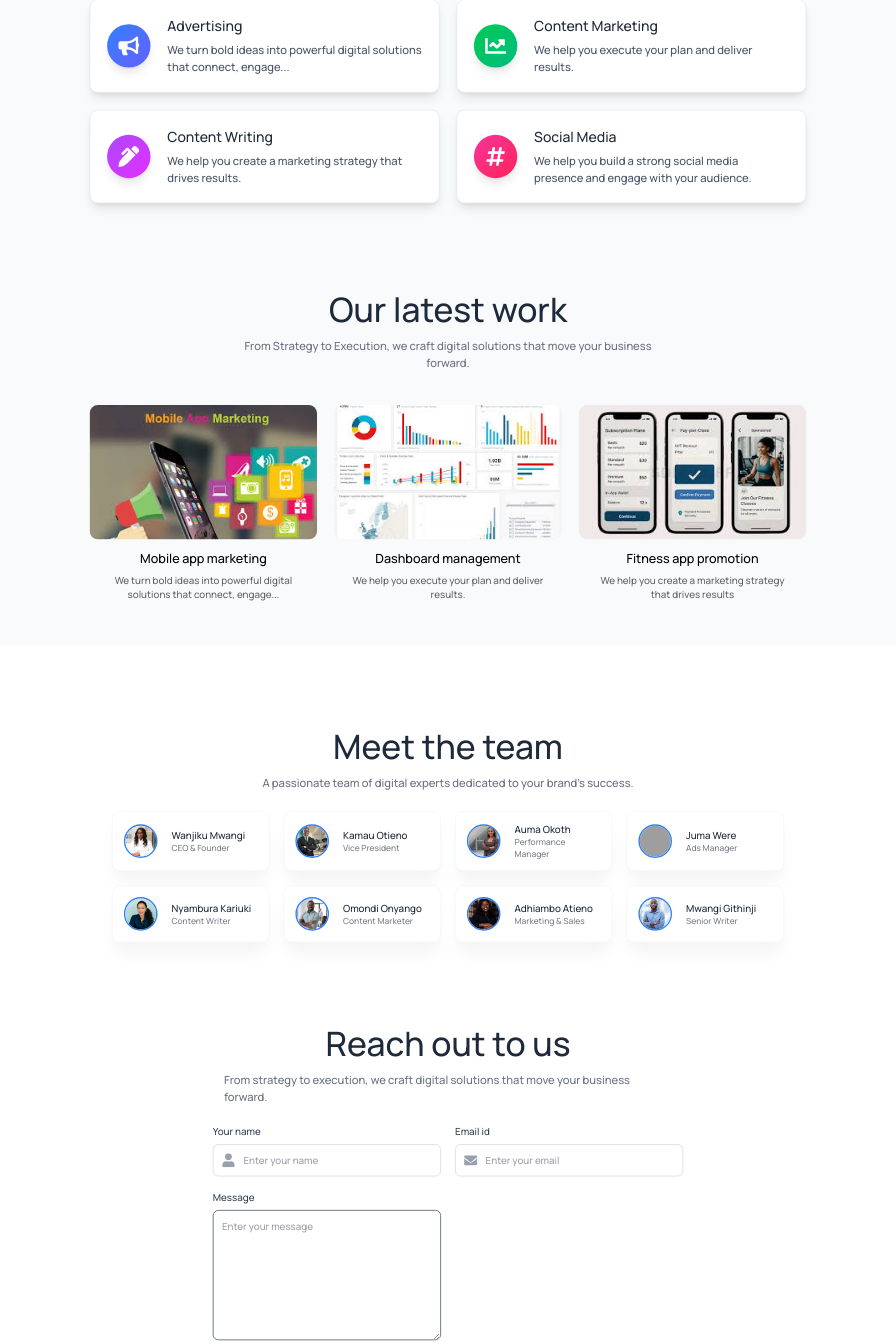
Repository: Prolenzy/magex
Page: /
An editor plug-in stored every save of this project. The page is shown before and after the next save, followed by the edit.
The browser window is 1280 px wide. The pictures show the part of the page from y = 1332 to 3252 px (the page is 3252 px tall), at 70% of full size.
Pictures or frames that could not be fetched are drawn as grey boxes. The project was rebuilt for these pictures with package versions that can differ from the ones it lists, and the page was loaded fresh each time. Also part of the build but not shown: vite.config.js.

Above is the page before, as saved 2025-08-17 03:28:07.

After the next save:
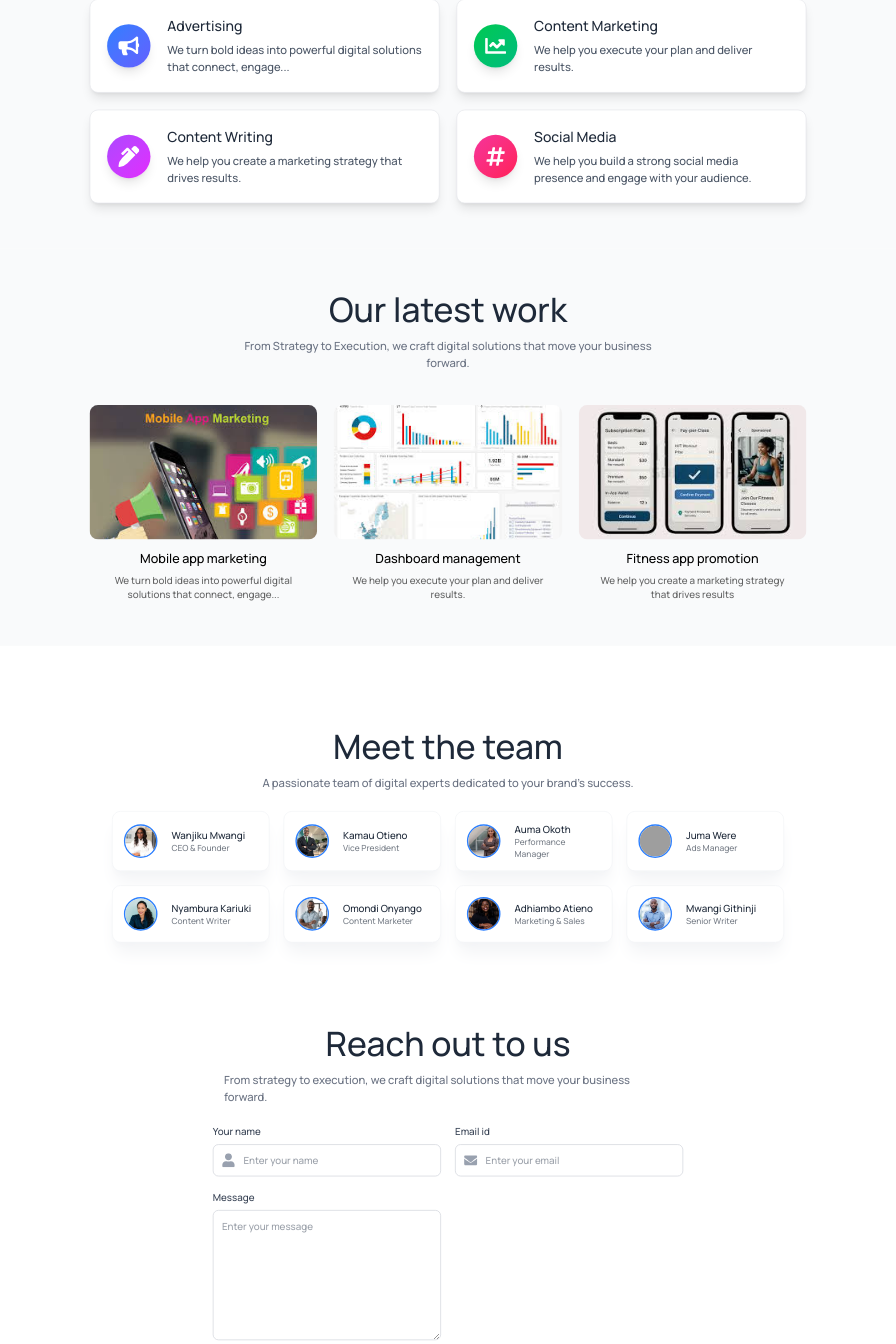
Saved 7 s later.
--- a/src/components/ContactUs.jsx
+++ b/src/components/ContactUs.jsx
@@ -37,7 +37,7 @@ const ContactUs = () => {
             </div>
             <div>
                 <p className='mb-2 text-sm font-medium'>Message</p>
-                <textarea rows={8} placeholder='Enter your message' className='w-full p-3 text-sm outline-none rounded-lg border border-gr' />
+                <textarea rows={8} placeholder='Enter your message' className='w-full p-3 text-sm outline-none rounded-lg border border-gray-300' />
             </div>
         </form>
     </div>
